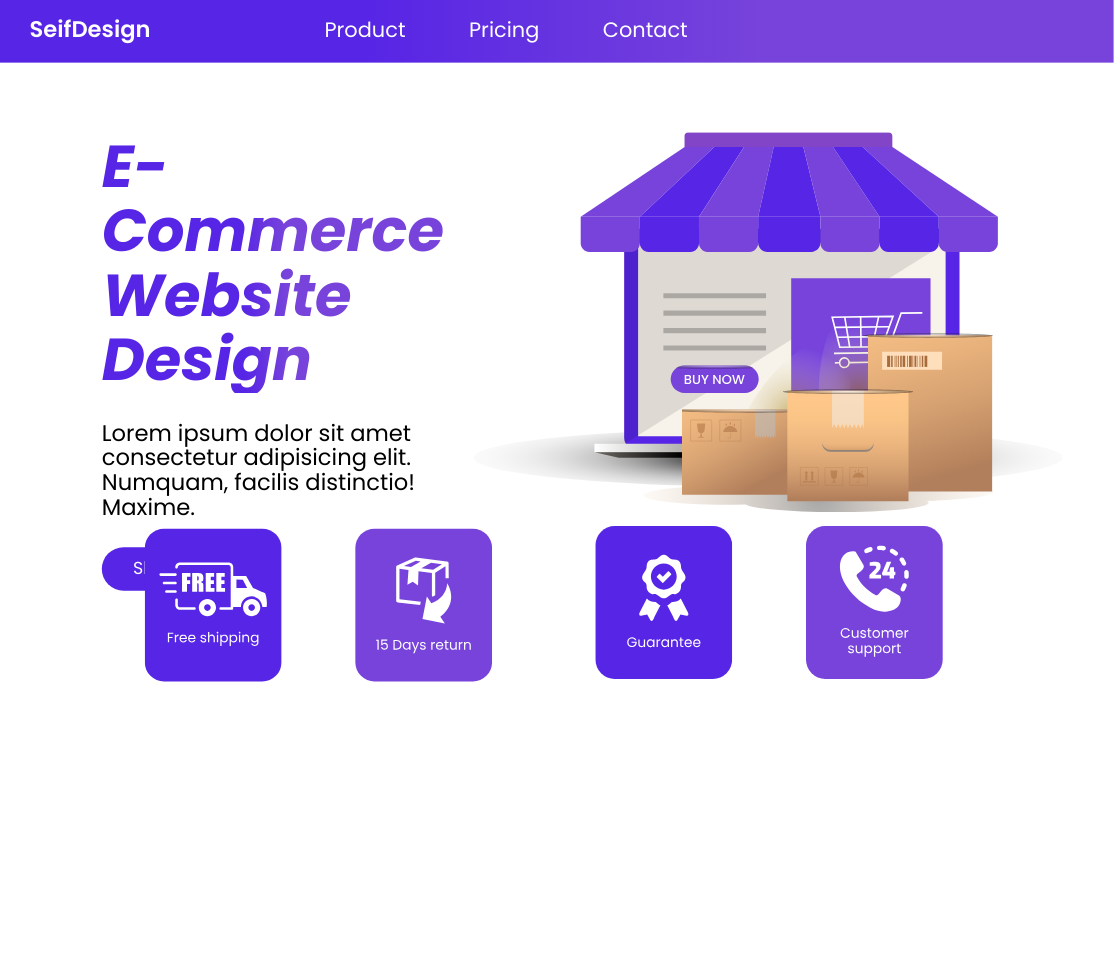
Repository: NatiqSamiyev/commers-desing-JS
Page: index.html
An editor plug-in stored every save of this project. The page is shown before and after a run of saves, followed by the edit.
The browser window is 1280 px wide. The pictures show the whole page, at 87% of full size.
Some web fonts or font styles are not loaded; a fallback is used.

Above is the page before, as saved 2023-11-06 11:30:54.

After the next 2 saves:
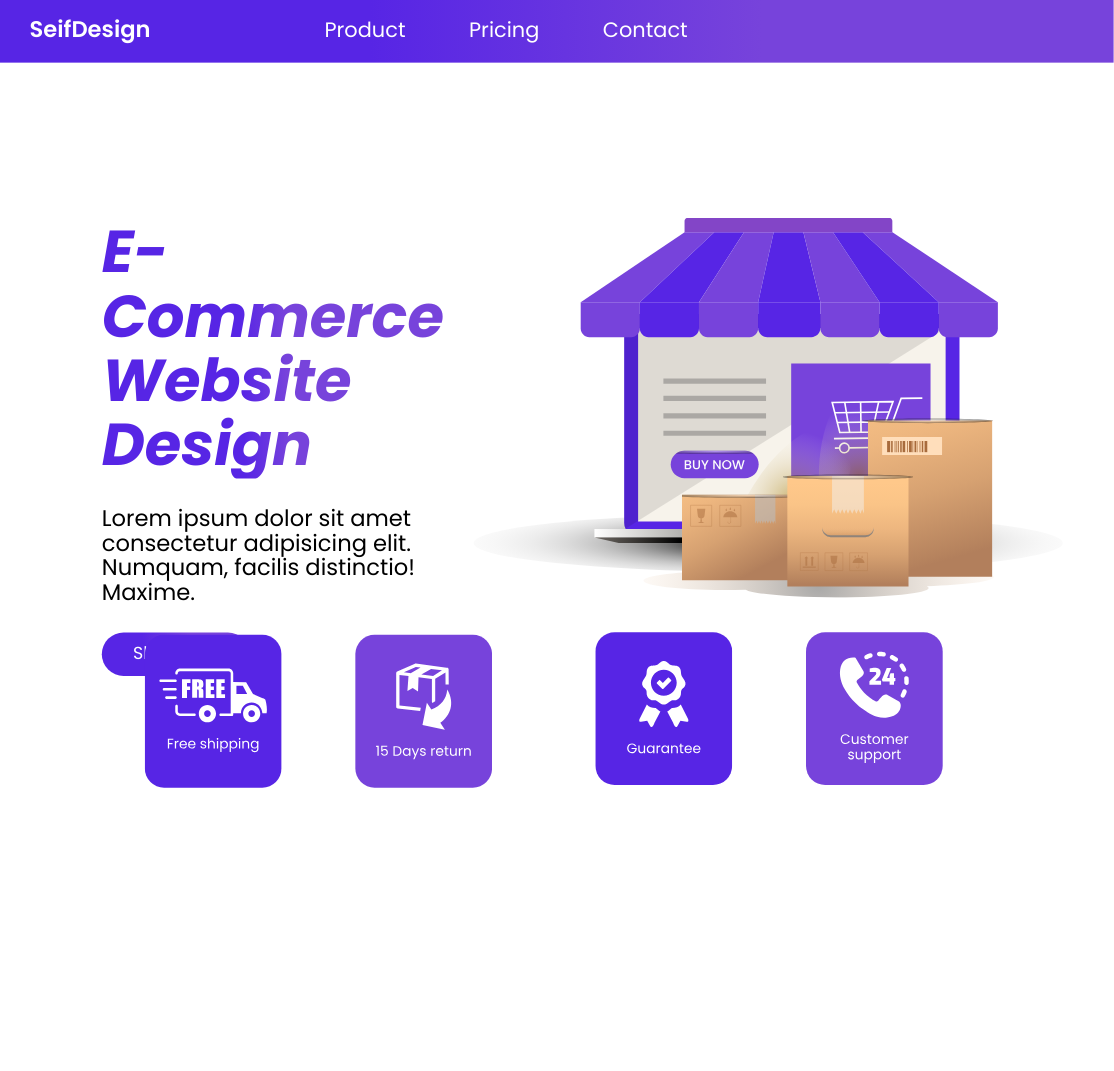
The 2 saves are shown as one change because they came seconds apart.
The last was saved 7 s later.
--- a/index.css
+++ b/index.css
@@ -60,12 +60,13 @@
 }
 
 main {
-
   width: 100%;
   padding: 80px 83px;
 
 }
 main .image-container{
+  margin-top: 98px;
+  margin-bottom: 24px;
   display: flex;
   justify-content: space-between;
 }
